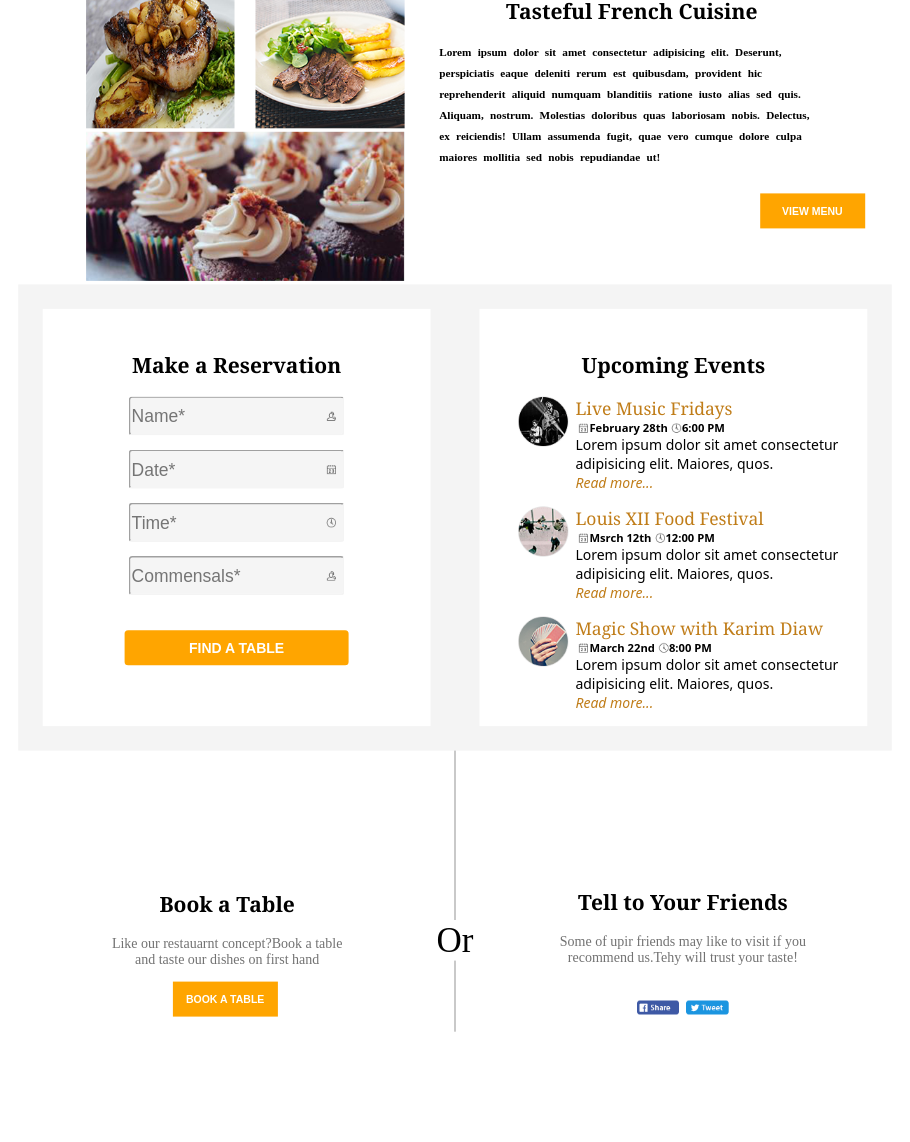
Repository: sis-shen/HTML_vsc
Page: adc_v2/index.html
These files come from the project's save history. The page is drawn as it stood at one moment and after the next save; the edit follows.
The browser window is 1280 px wide. The page is 1300 px wide, so the pictures cover 1300 px, including what lies to the right of the window. The pictures show the part of the page from y = 1676 to 3556 px (the page is 3308 px tall before and 3556 px after), at 70% of full size.

Above is the page before, as saved 2023-08-20 13:41:24.

After the next save:
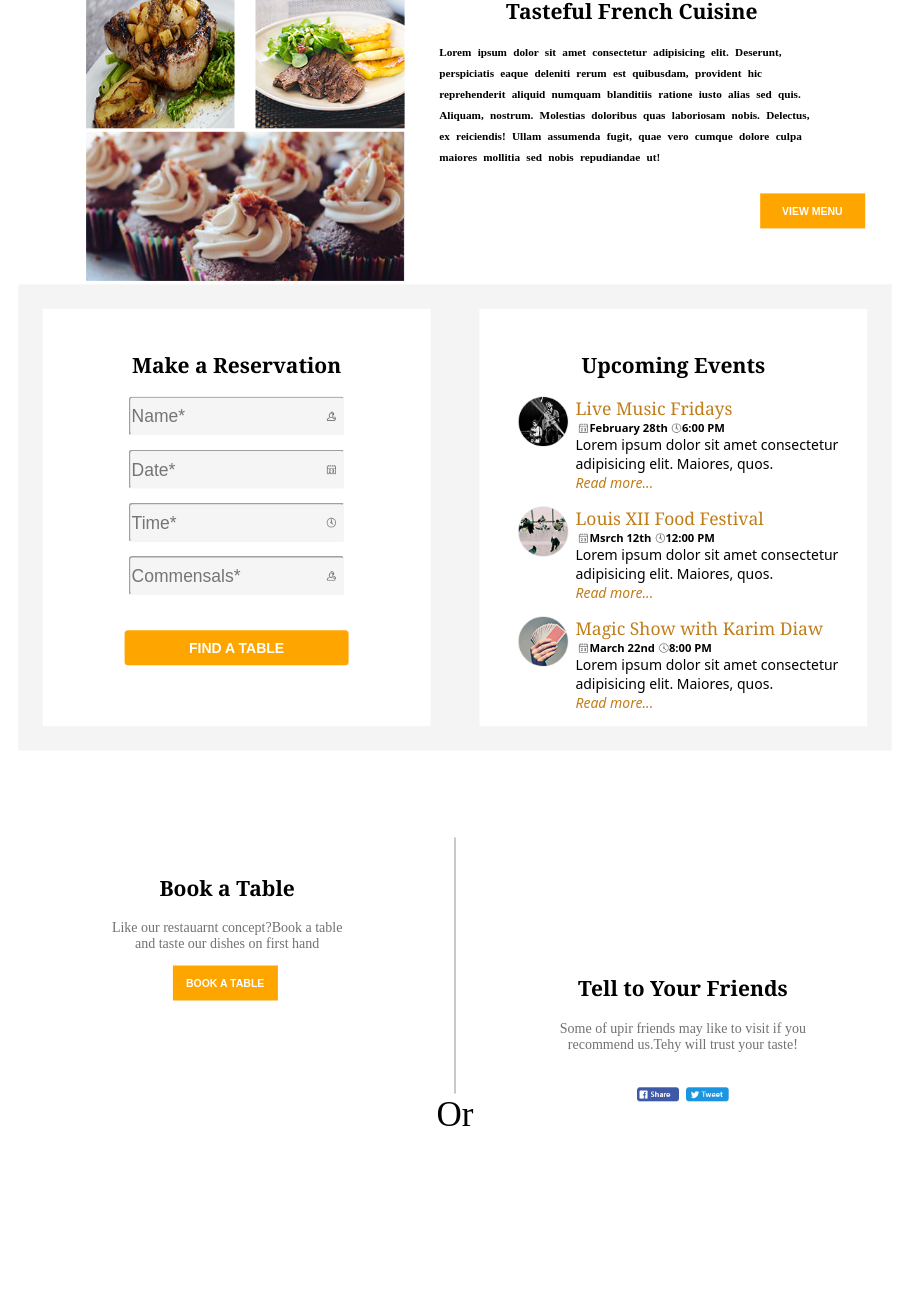
Saved 5 s later.
--- a/adc_v2/style.css
+++ b/adc_v2/style.css
@@ -498,7 +498,7 @@
     align-items: center;
     .book{
         width: 50%;
-        /* min-height: 500px; */
+        min-height: 500px;
         padding-top: 150px;
         /* border: red solid 10px; */
 

After the save that followed:
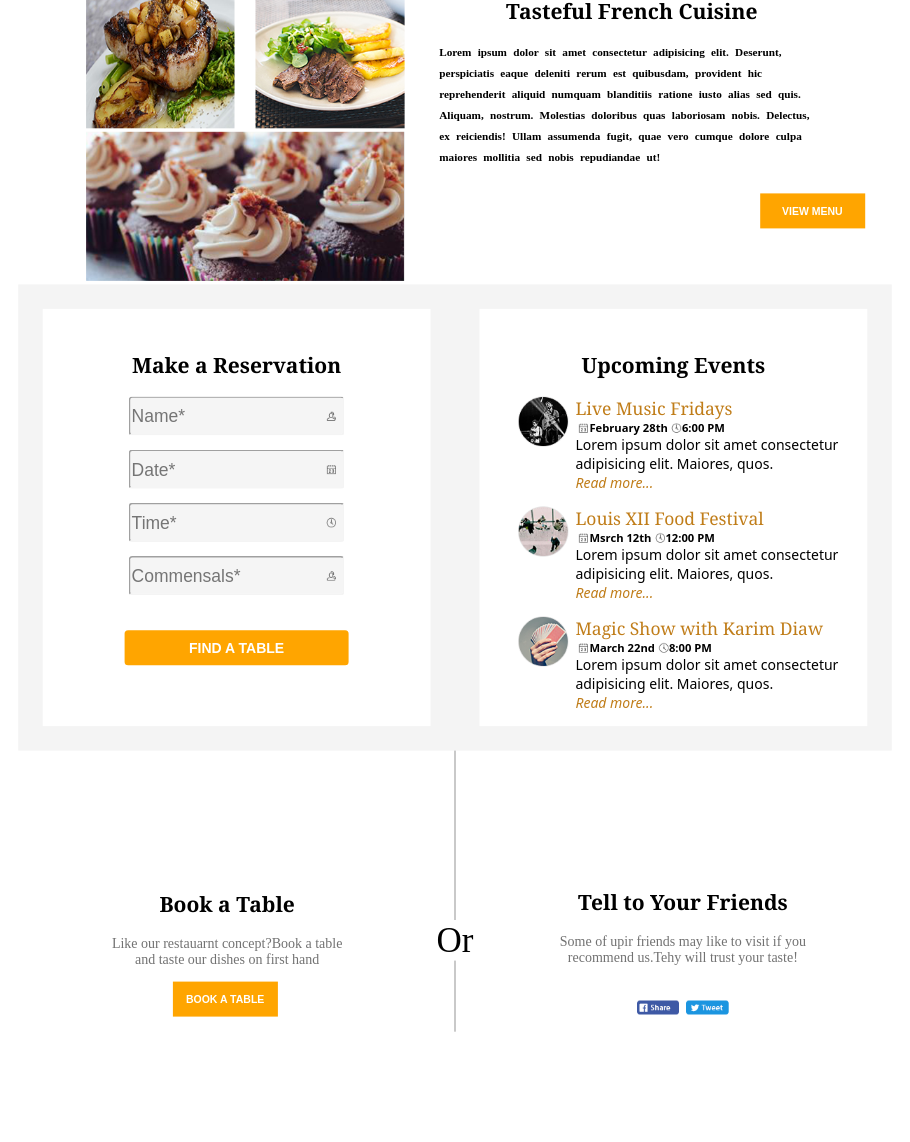
Saved 27 s later.
--- a/adc_v2/style.css
+++ b/adc_v2/style.css
@@ -498,7 +498,7 @@
     align-items: center;
     .book{
         width: 50%;
-        min-height: 500px;
+        /* min-height: 500px; */
         padding-top: 150px;
         /* border: red solid 10px; */
 
